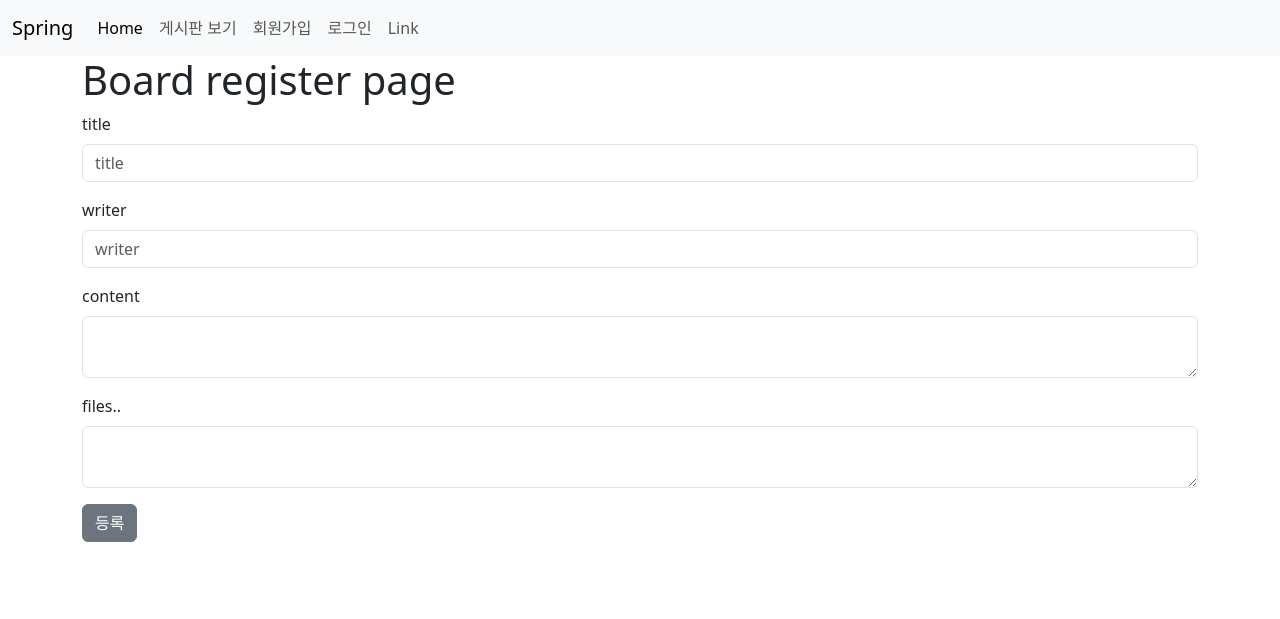
Repository: kimnoanoa/springTest240430
Page: http://localhost/spring_study/WEB-INF/views/board/register.jsp
An editor plug-in stored every save of this project. The page is shown before and after the next save, followed by the edit.
The browser window is 1280 px wide. The pictures show the whole page.
The page is served by Tomcat 9. Nobody is signed in. The template is opened directly, without the code that normally fills it, so the values that code supplies are empty.

Above is the page before, as saved 2024-04-29 01:18:15.

### spring_study/src/main/webapp/WEB-INF/views/board/register.jsp
<%@ page language="java" contentType="text/html; charset=UTF-8"
    pageEncoding="UTF-8"%>
    <jsp:include page="../layout/header.jsp"></jsp:include>
	<div class="container-md">
	<h1>Board register page</h1>
		<form action="/board/insert" method="post" enctype="application/x-www-form-urlencoded">
			<div class="mb-3">
			  <label for="t" class="form-label">title</label>
			  <input type="text" class="form-control" id="t" name="title" placeholder="title">
			</div>
			<div class="mb-3">
			  <label for="w" class="form-label">writer</label>
			  <input type="text" class="form-control" id="w" name="writer" placeholder="writer">
			</div>
			<div class="mb-3">
			   <label for="c" class="form-label">content</label>
			  <textarea class="form-control" id="c" aria-label="With textarea" name="content"></textarea>
			</div>

			<!-- 파일입력 라인 추가 -->
			<div class="mb-3">
			   <label for="file" class="form-label">files..</label>
			  <textarea class="form-control" id="c" aria-label="With textarea" name="content"></textarea>
			</div>

			<button type="submit" class="btn btn-secondary">등록</button>
		</form>
	</div>

    <jsp:include page="../layout/footer.jsp"></jsp:include>

### spring_study/src/main/webapp/WEB-INF/views/layout/header.jsp
<%@ page language="java" contentType="text/html; charset=UTF-8"
    pageEncoding="UTF-8"%>
    <%@ taglib uri="http://java.sun.com/jsp/jstl/core" prefix="c" %>
<!DOCTYPE html>
<html>
<head>
<meta charset="UTF-8">
<title>header.jsp</title>
<link href="https://cdn.jsdelivr.net/npm/bootstrap@5.3.3/dist/css/bootstrap.min.css" rel="stylesheet" integrity="sha384-QWTKZyjpPEjISv5WaRU9OFeRpok6YctnYmDr5pNlyT2bRjXh0JMhjY6hW+ALEwIH" crossorigin="anonymous">
<script src="https://cdn.jsdelivr.net/npm/bootstrap@5.3.3/dist/js/bootstrap.bundle.min.js" integrity="sha384-YvpcrYf0tY3lHB60NNkmXc5s9fDVZLESaAA55NDzOxhy9GkcIdslK1eN7N6jIeHz" crossorigin="anonymous"></script>
</head>
<body>
<nav class="navbar navbar-expand-lg bg-body-tertiary">
  <div class="container-fluid">
    <a class="navbar-brand" href="#">Spring</a>
    <button class="navbar-toggler" type="button" data-bs-toggle="collapse" data-bs-target="#navbarSupportedContent" aria-controls="navbarSupportedContent" aria-expanded="false" aria-label="Toggle navigation">
      <span class="navbar-toggler-icon"></span>
    </button>
    <div class="collapse navbar-collapse" id="navbarSupportedContent">
      <ul class="navbar-nav me-auto mb-2 mb-lg-0">
        <li class="nav-item">
          <a class="nav-link active" aria-current="page" href="/">Home</a>
        </li>
        <c:if test="${ses ne null }">
        <li class="nav-item">
          <a class="nav-link" href="/board/register">게시판 글쓰기</a>
        </li>
        </c:if>
        <li class="nav-item">
          <a class="nav-link" href="/board/list">게시판 보기</a>
        </li>
        <c:if test="${ses eq null }">
        <li class="nav-item">
          <a class="nav-link" href="/member/register">회원가입</a>
        </li>
        <li class="nav-item">
          <a class="nav-link" href="/member/login">로그인</a>
        </li>
        </c:if>
        <c:if test="${ses ne null }">
        <li class="nav-item">
          <a class="nav-link" href="/member/logout">로그아웃</a>
        </li>
        <li class="nav-item">
          <a class="nav-link" href="/member/modify">${ses.id }(${ses.email }) Welcome!!</a>
        </li>
        </c:if>
        <li class="nav-item">
          <a class="nav-link" href="http://www.google.com" target="_blank" >Link</a>
        </li>
      </ul>
    </div>
  </div>
</nav>

### spring_study/src/main/webapp/WEB-INF/views/layout/footer.jsp
<%@ page language="java" contentType="text/html; charset=UTF-8"
    pageEncoding="UTF-8"%>
<div>
<!-- 2024 Spring Project -->
</div>
</body>
</html>

After the next save:
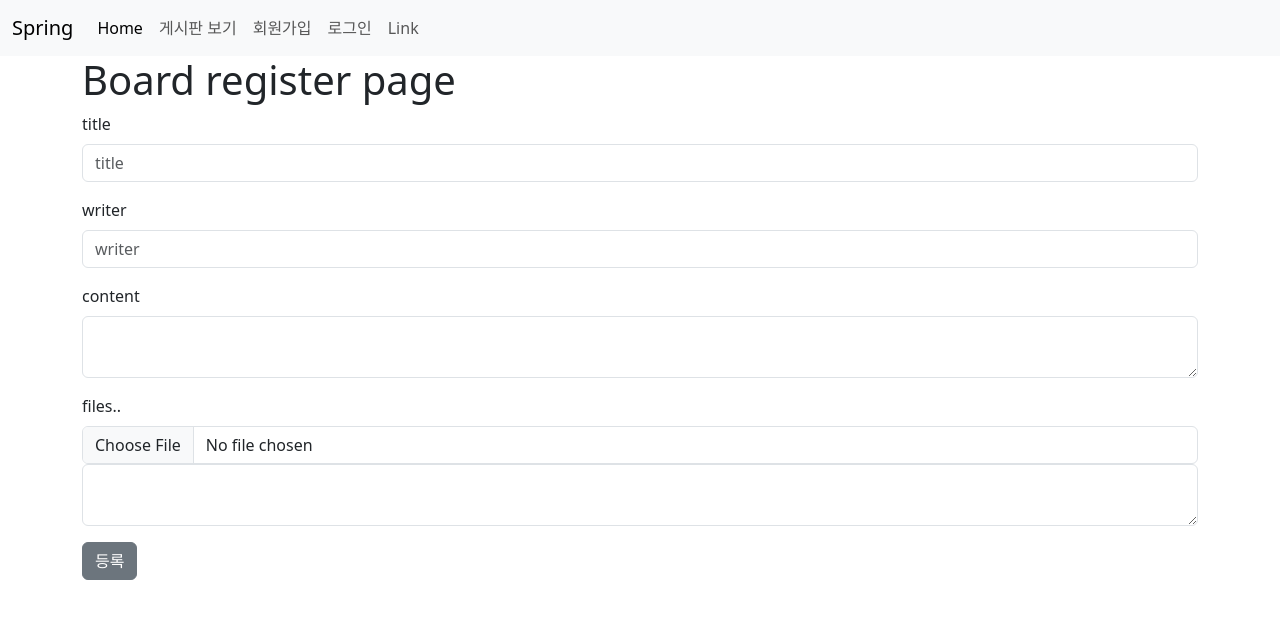
Saved 42 s later.
--- a/spring_study/src/main/webapp/WEB-INF/views/board/register.jsp
+++ b/spring_study/src/main/webapp/WEB-INF/views/board/register.jsp
@@ -20,6 +20,7 @@
 			<!-- 파일입력 라인 추가 -->
 			<div class="mb-3">
 			   <label for="file" class="form-label">files..</label>
+			   <input type="file" class="form-control" name="files" id="file">
 			  <textarea class="form-control" id="c" aria-label="With textarea" name="content"></textarea>
 			</div>
 
